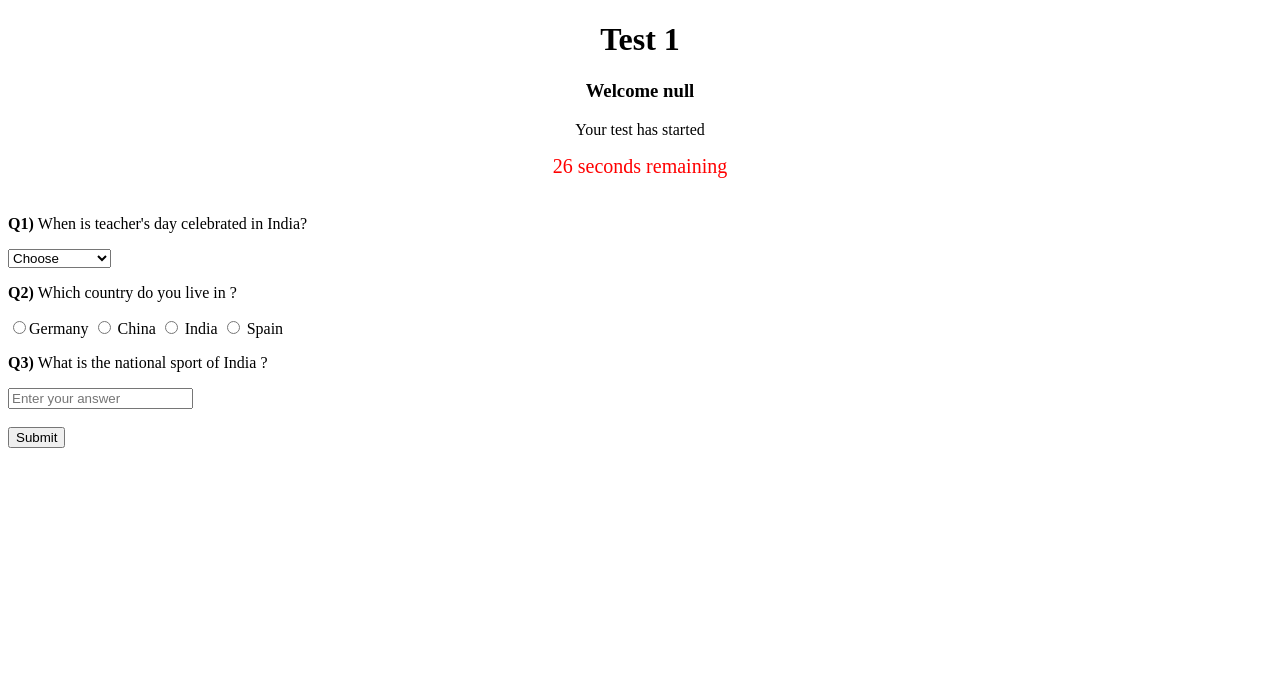
Repository: MriOj/OnlineExamPortal
Page: http://localhost/ExamPortal/test1.jsp
These files come from the project's save history. The page is drawn as it stood at one moment and after the next save; the edit follows.
The browser window is 1280 px wide. The pictures show the whole page.
The page is served by Tomcat 9. Other server files are loaded and not shown.

Above is the page before, as saved 2021-09-07 05:59:52.

### ExamPortal/src/main/webapp/test1.jsp
<%@ page language="java" contentType="text/html; charset=ISO-8859-1"
    pageEncoding="ISO-8859-1"%>
<!DOCTYPE html>
<html>
<head>
<meta charset="ISO-8859-1">
<title>Test 1 </title>
<style type="text/css">
.center {
text-align: center;
}
#uid{
visibility:hidden;
}
#timer{
font-size:20px;
color:red;
}
</style>
<script src="https://code.jquery.com/jquery-3.5.1.min.js"></script>
<script src="https://stackpath.bootstrapcdn.com/bootstrap/4.5.0/js/bootstrap.min.js"></script>
</head>
<body>
<div class="center">
<h1 >Test 1</h1>
<h3> Welcome <%{out.println(request.getAttribute("userid"));} %></h3>
<p >Your test has started </p>
<div id="timer"></div>
</div>
<form action="than" method="post" id="yourForm">
<input type="text" id="uid" name="userid" value="<%{out.println(request.getAttribute("userid"));} %>">
<input type="text" id="uid" name="test" value="1">
<p><b>Q1) </b>When is teacher's day celebrated in India?</p>
 <select name="Q1">
        <option value="choose" >Choose</option>
        <option value="A" >5 September</option>
        <option value="B" >15 August</option>
        <option value="C" >14 November</option>
        <option value="D" >26 January</option>
    </select>

<p><b>Q2) </b>Which country do you live in  ?</p>
    <input type="radio" value="A" name="Q2" >Germany
    <input type="radio" value="B" name="Q2"> China
    <input type="radio" value="C" name="Q2">  India
    <input type="radio" value="D" name="Q2"> Spain

<p><b>Q3) </b>What is the national sport of India  ?</p>
     <input type="text" name="Q3" placeholder= "Enter your answer" /> <br><br>
<input type="submit"></input>
</form>
</body>
<script>
$(document).ready(function(){
	$("#myModal").modal('show');
});
var timeLeft = 30;
var elem = document.getElementById('timer');
var timerId = setInterval(countdown, 1000);

function countdown() {
    if (timeLeft == -1) {
        clearTimeout(timerId);
        doSomething();
    } else {
        elem.innerHTML = timeLeft + ' seconds remaining';
        timeLeft--;
    }
}
function doSomething() {
	alert("Test Submitted")
    document.getElementById('yourForm').submit();;
}

</script>
</html>

After the next save:
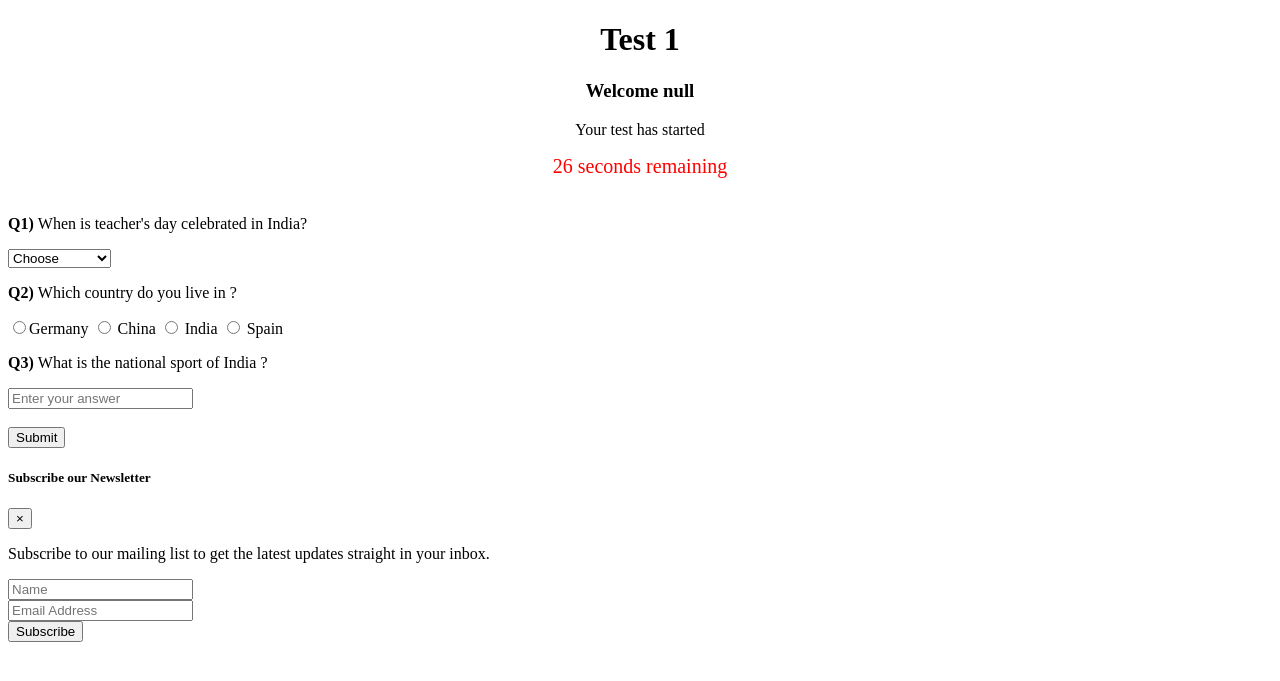
Saved 60 s later.
--- a/ExamPortal/src/main/webapp/test1.jsp
+++ b/ExamPortal/src/main/webapp/test1.jsp
@@ -49,6 +49,28 @@ color:red;
      <input type="text" name="Q3" placeholder= "Enter your answer" /> <br><br>
 <input type="submit"></input>
 </form>
+<div id="myModal" class="modal fade">
+    <div class="modal-dialog">
+        <div class="modal-content">
+            <div class="modal-header">
+                <h5 class="modal-title">Subscribe our Newsletter</h5>
+                <button type="button" class="close" data-dismiss="modal">&times;</button>
+            </div>
+            <div class="modal-body">
+				<p>Subscribe to our mailing list to get the latest updates straight in your inbox.</p>
+                <form>
+                    <div class="form-group">
+                        <input type="text" class="form-control" placeholder="Name">
+                    </div>
+                    <div class="form-group">
+                        <input type="email" class="form-control" placeholder="Email Address">
+                    </div>
+                    <button type="submit" class="btn btn-primary">Subscribe</button>
+                </form>
+            </div>
+        </div>
+    </div>
+</div>
 </body>
 <script>
 $(document).ready(function(){
